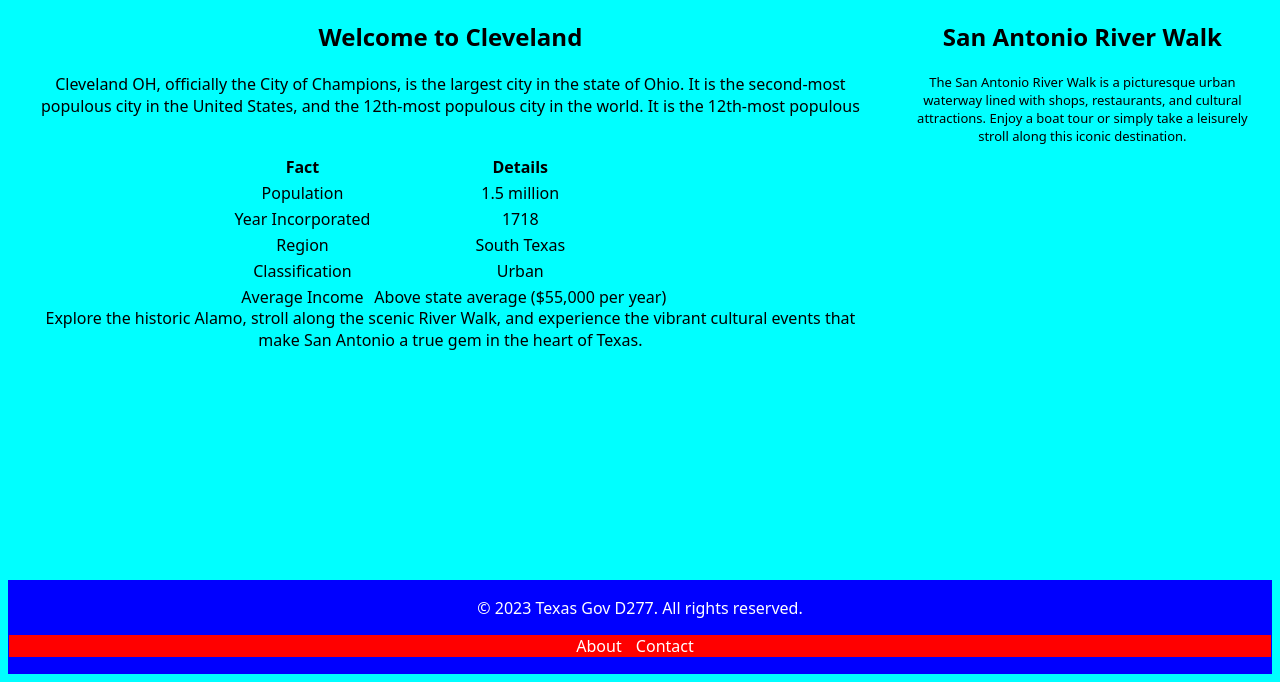
Repository: MikeeBuilds/FEWD-task1
Page: cleveland.html
The author's editor kept a copy of each file at every save. The page is drawn from the files as they stood at one save, then again after a run of saves.
The browser window is 1280 px wide. The pictures show the part of the page from y = 523 to 1205 px (the page is 1205 px tall).
A picture or video elsewhere on the page could not be fetched, so the positions and the page height are approximate.

Above is the page before, as saved 2024-07-02 11:49:19.

After the next 2 saves:
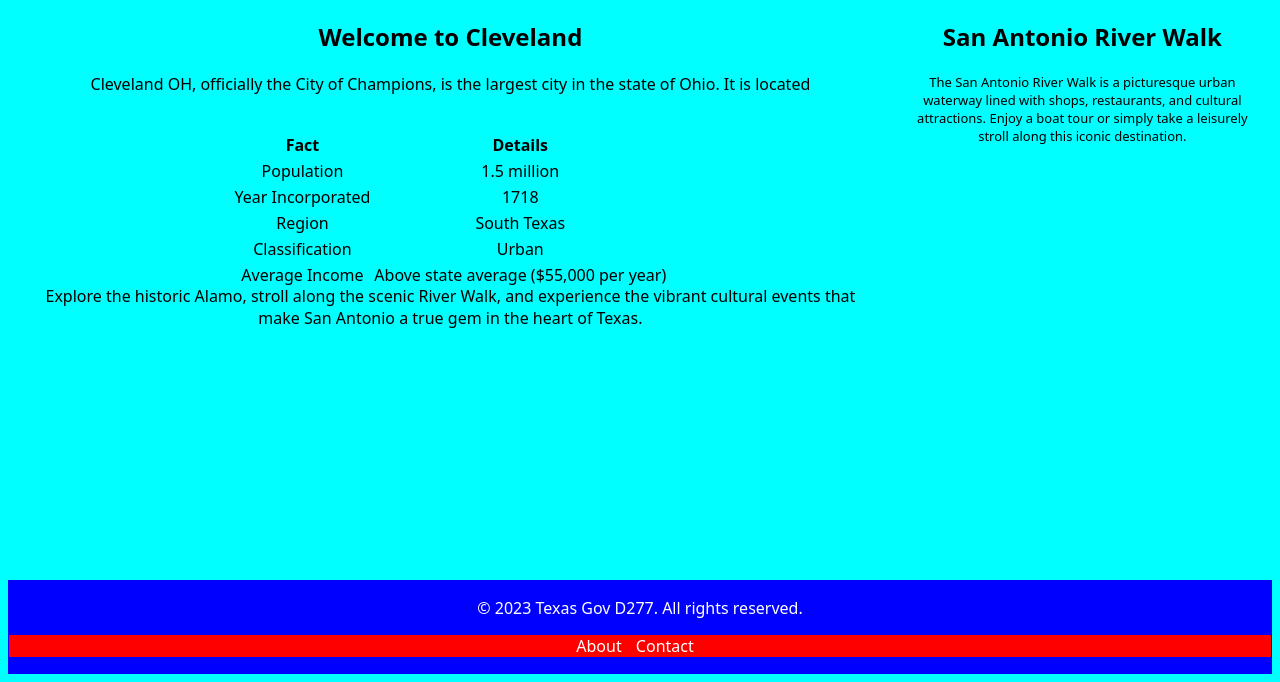
The 2 saves are shown as one change because they came seconds apart.
The last was saved 81 s later.
--- a/cleveland.html
+++ b/cleveland.html
@@ -25,9 +25,7 @@
     <section>
         <h2>Welcome to Cleveland</h2>
         <p>
-            Cleveland OH, officially the City of Champions, is the largest city in the state of Ohio. It is the second-most
-            populous city in the United States, and the 12th-most populous city in the world. It is the 12th-most populous
-
+            Cleveland OH, officially the City of Champions, is the largest city in the state of Ohio. It is located
         </p>
 
         <table id="table">
